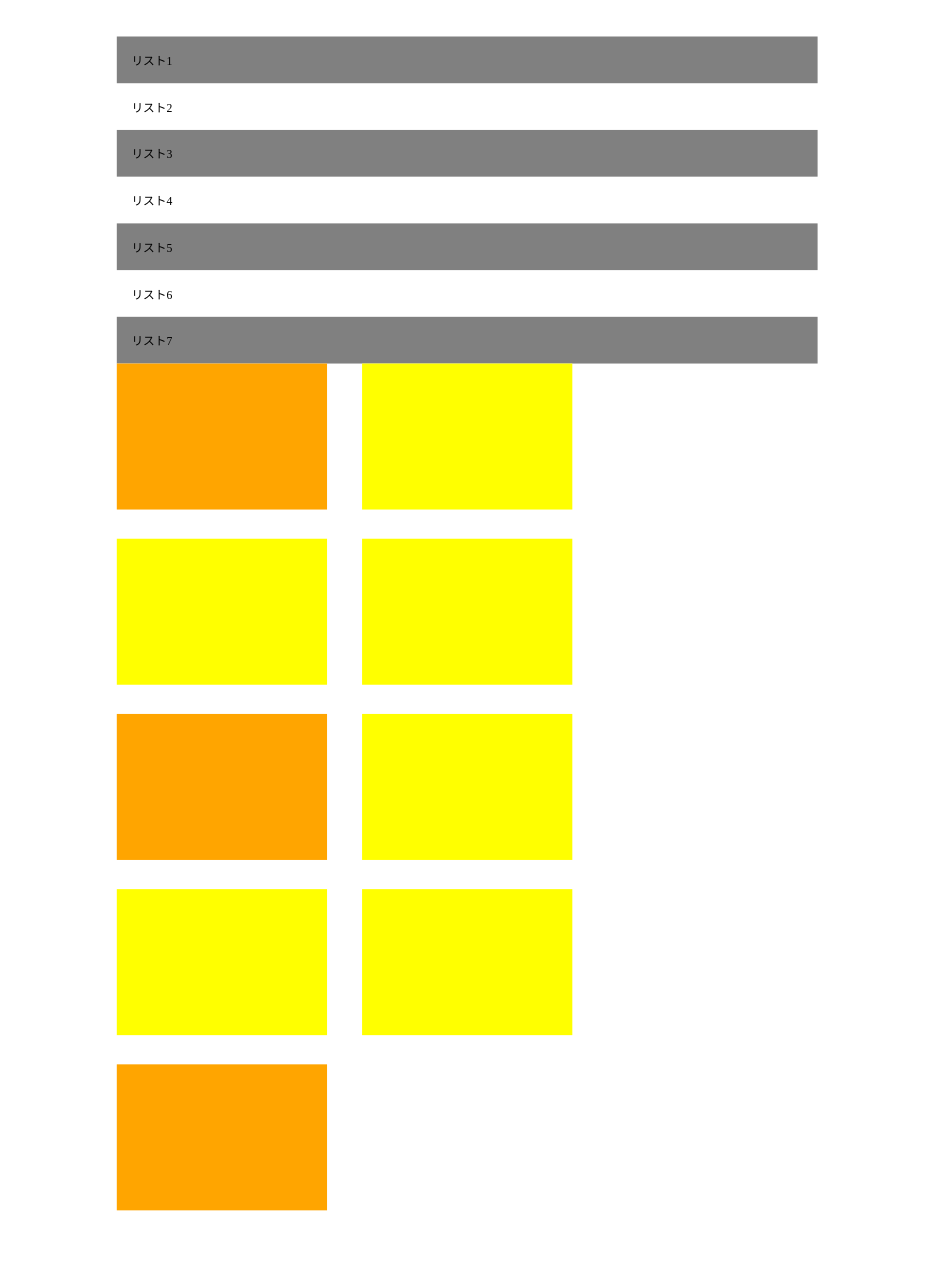
Repository: ryosei-110/HTML-CSS-
Page: 1-8exercise/1-8.html
The author's editor kept a record of every edit. The page is drawn from the files as they stood at one moment, then again after the next edit.
The browser window is 1280 px wide. The pictures show the whole page, at 73% of full size.

Above is the page before.

After the next edit:
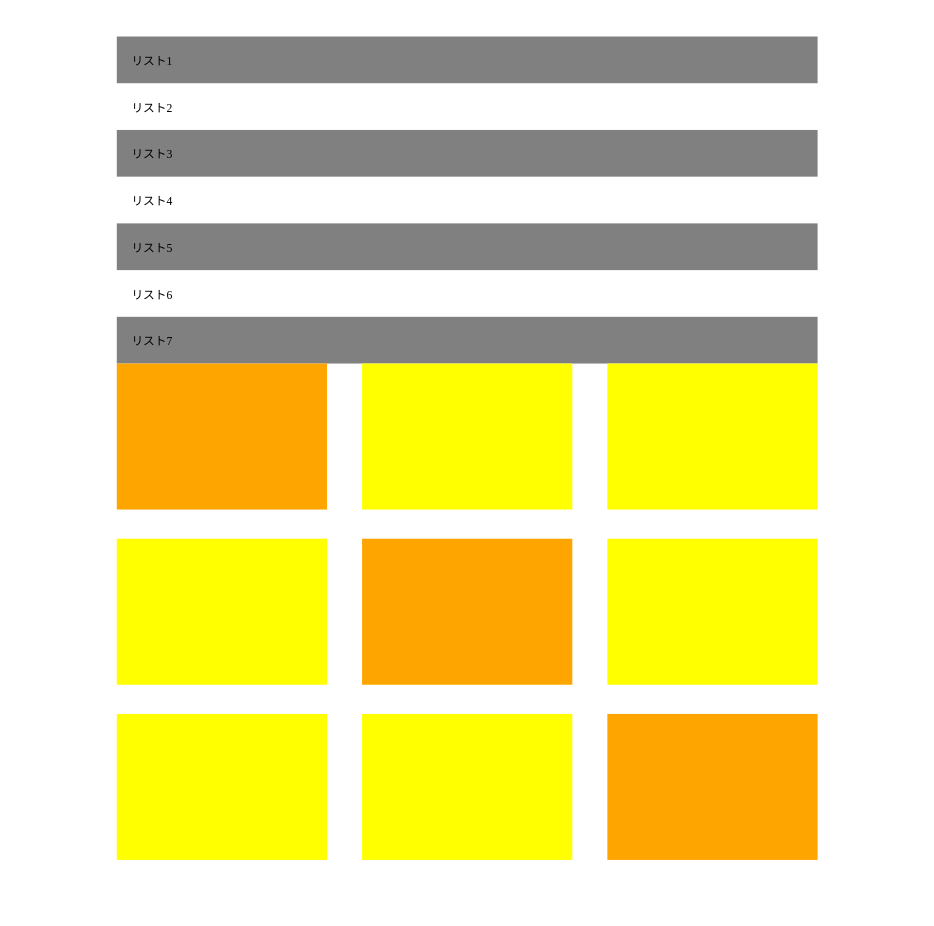
The edit:
--- a/1-8exercise/1-8.css
+++ b/1-8exercise/1-8.css
@@ -33,8 +33,8 @@
   margin-right: 5%;
 }
 
-.box:nth-child(1 2 3) {
-  margin-top: 50px;
+.box:nth-child(3n) {
+  margin-right: 0;
 }
 
 .box:nth-child(7 8 9) {
